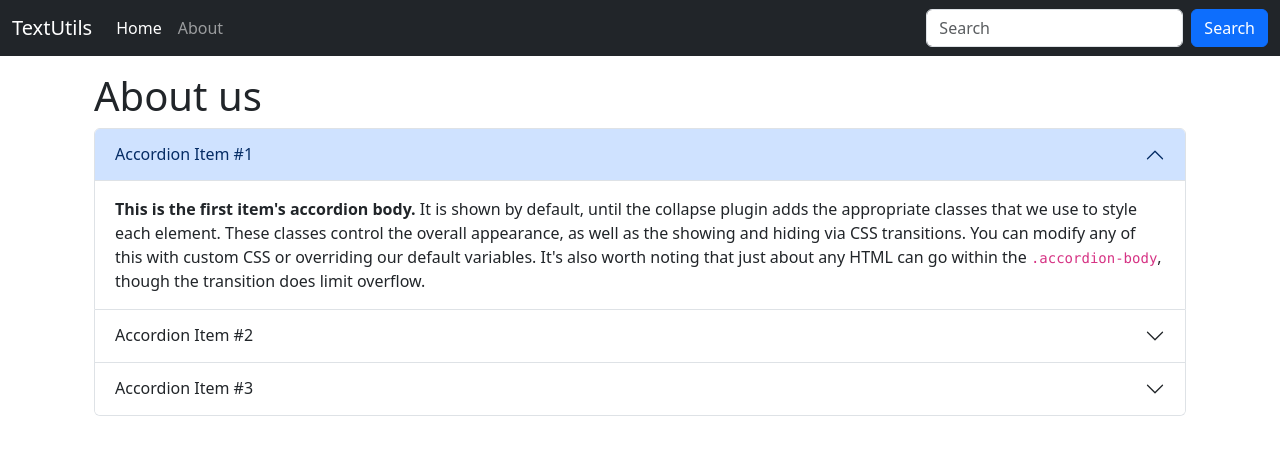
Repository: Rohit-foryou/Text-Utils
Page: /
These files come from the project's save history. The page is drawn as it stood at one moment and after a run of saves; the edit follows.
The browser window is 1280 px wide. The pictures show the whole page.
The project was rebuilt for these pictures with package versions that can differ from the ones it lists, and the page was loaded fresh each time. Also part of the build but not shown: src/index.css, src/App.css.

Above is the page before, as saved 2023-12-20 21:58:41.

### public/index.html
<!DOCTYPE html>
<html lang="en">
  <head>
    <meta charset="utf-8" />
    <link rel="icon" href="%PUBLIC_URL%/favicon.ico" />
    <meta name="viewport" content="width=device-width, initial-scale=1" />
    <meta name="theme-color" content="#000000" />
    <meta
      name="description"
      content="Web site created using create-react-app"
    />
    <link rel="apple-touch-icon" href="%PUBLIC_URL%/logo192.png" />
    <link rel="manifest" href="%PUBLIC_URL%/manifest.json" />

    <!-- Bootstrap CSS -->
    <link href="https://cdn.jsdelivr.net/npm/bootstrap@5.3.2/dist/css/bootstrap.min.css" rel="stylesheet" integrity="sha384-T3c6CoIi6uLrA9TneNEoa7RxnatzjcDSCmG1MXxSR1GAsXEV/Dwwykc2MPK8M2HN" crossorigin="anonymous">

    <title>React App</title>
  </head>
  <body>
    <noscript>You need to enable JavaScript to run this app.</noscript>
    <div id="root"></div>

    <script src="https://cdn.jsdelivr.net/npm/bootstrap@5.3.2/dist/js/bootstrap.bundle.min.js" integrity="sha384-C6RzsynM9kWDrMNeT87bh95OGNyZPhcTNXj1NW7RuBCsyN/o0jlpcV8Qyq46cDfL" crossorigin="anonymous"></script>
  </body>
</html>

### src/App.js
import "./App.css";
import About from "./components/About";
import Navbar from "./components/Navbar";
// import TextForm from "./components/TextForm";


function App() {
  return (
    <>
      <Navbar title = "TextUtils" aboutText = "About"/>
      <div className="container my-3">
      {/* <TextForm heading = "Enter the text to analyze"/> */}
      <About/>
      </div>
    </>
  );
}

export default App;

### src/components/About.js
import React from 'react'

export default function About() {
  return (
    <div className='container'>
        <h1>About us</h1>
      <div class="accordion" id="accordionExample">
            <div class="accordion-item">
                <h2 class="accordion-header">
                <button class="accordion-button" type="button" data-bs-toggle="collapse" data-bs-target="#collapseOne" aria-expanded="true" aria-controls="collapseOne">
                    Accordion Item #1
                </button>
                </h2>
                <div id="collapseOne" class="accordion-collapse collapse show" data-bs-parent="#accordionExample">
                <div class="accordion-body">
                    <strong>This is the first item's accordion body.</strong> It is shown by default, until the collapse plugin adds the appropriate classes that we use to style each element. These classes control the overall appearance, as well as the showing and hiding via CSS transitions. You can modify any of this with custom CSS or overriding our default variables. It's also worth noting that just about any HTML can go within the <code>.accordion-body</code>, though the transition does limit overflow.
                </div>
                </div>
            </div>
            <div class="accordion-item">
                <h2 class="accordion-header">
                <button class="accordion-button collapsed" type="button" data-bs-toggle="collapse" data-bs-target="#collapseTwo" aria-expanded="false" aria-controls="collapseTwo">
                    Accordion Item #2
                </button>
                </h2>
                <div id="collapseTwo" class="accordion-collapse collapse" data-bs-parent="#accordionExample">
                <div class="accordion-body">
                    <strong>This is the second item's accordion body.</strong> It is hidden by default, until the collapse plugin adds the appropriate classes that we use to style each element. These classes control the overall appearance, as well as the showing and hiding via CSS transitions. You can modify any of this with custom CSS or overriding our default variables. It's also worth noting that just about any HTML can go within the <code>.accordion-body</code>, though the transition does limit overflow.
                </div>
                </div>
            </div>
            <div class="accordion-item">
                <h2 class="accordion-header">
                <button class="accordion-button collapsed" type="button" data-bs-toggle="collapse" data-bs-target="#collapseThree" aria-expanded="false" aria-controls="collapseThree">
                    Accordion Item #3
                </button>
                </h2>
                <div id="collapseThree" class="accordion-collapse collapse" data-bs-parent="#accordionExample">
                <div class="accordion-body">
                    <strong>This is the third item's accordion body.</strong> It is hidden by default, until the collapse plugin adds the appropriate classes that we use to style each element. These classes control the overall appearance, as well as the showing and hiding via CSS transitions. You can modify any of this with custom CSS or overriding our default variables. It's also worth noting that just about any HTML can go within the <code>.accordion-body</code>, though the transition does limit overflow.
                </div>
                </div>
            </div>
        </div>
    </div>
  )
}

### src/components/Navbar.js
import React from 'react'
import PropTypes from 'prop-types'


export default function Navbar(props) {
  return (
    <nav className="navbar navbar-expand-lg navbar-dark bg-dark">
        <div className="container-fluid">
          <a className="navbar-brand" href="/">{props.title}</a>
          <button className="navbar-toggler" type="button" data-bs-toggle="collapse" data-bs-target="#navbarSupportedContent" aria-controls="navbarSupportedContent" aria-expanded="false" aria-label="Toggle navigation">
            <span className="navbar-toggler-icon"></span>
          </button>
          <div className="collapse navbar-collapse" id="navbarSupportedContent">
            <ul className="navbar-nav me-auto mb-2 mb-lg-0">
              <li className="nav-item">
                <a className="nav-link active" aria-current="page" href="/">Home</a>
              </li>
              <li className="nav-item">
                <a className="nav-link" href="/">{props.aboutText}</a>
              </li>
            </ul>
            <form className="d-flex" role="search">
              <input className="form-control me-2" type="search" placeholder="Search" aria-label="Search"/>
              <button className="btn btn-primary" type="submit">Search</button>
            </form>
          </div>
        </div>
      </nav>
  )
}

Navbar.propTypes = {title: PropTypes.string.isRequired,
                     AboutText: PropTypes.string}

// Navbar.defaultProps = {
//     title: 'write title',
//     aboutText: 'About',
// }

Loaded but not shown: src/index.js (common file); src/reportWebVitals.js (common file)

After the next 2 saves:
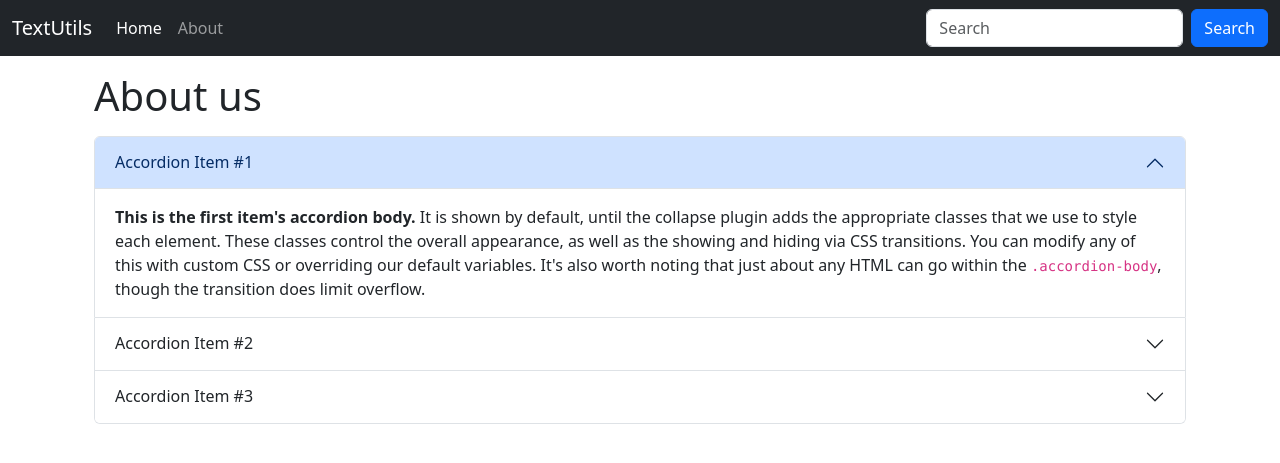
The 2 saves are shown as one change because they came seconds apart.
The last was saved 29 s later.
--- a/src/components/About.js
+++ b/src/components/About.js
@@ -3,7 +3,7 @@ import React from 'react'
 export default function About() {
   return (
     <div className='container'>
-        <h1>About us</h1>
+        <h1 className = 'my-3'>About us</h1>
       <div class="accordion" id="accordionExample">
             <div class="accordion-item">
                 <h2 class="accordion-header">
